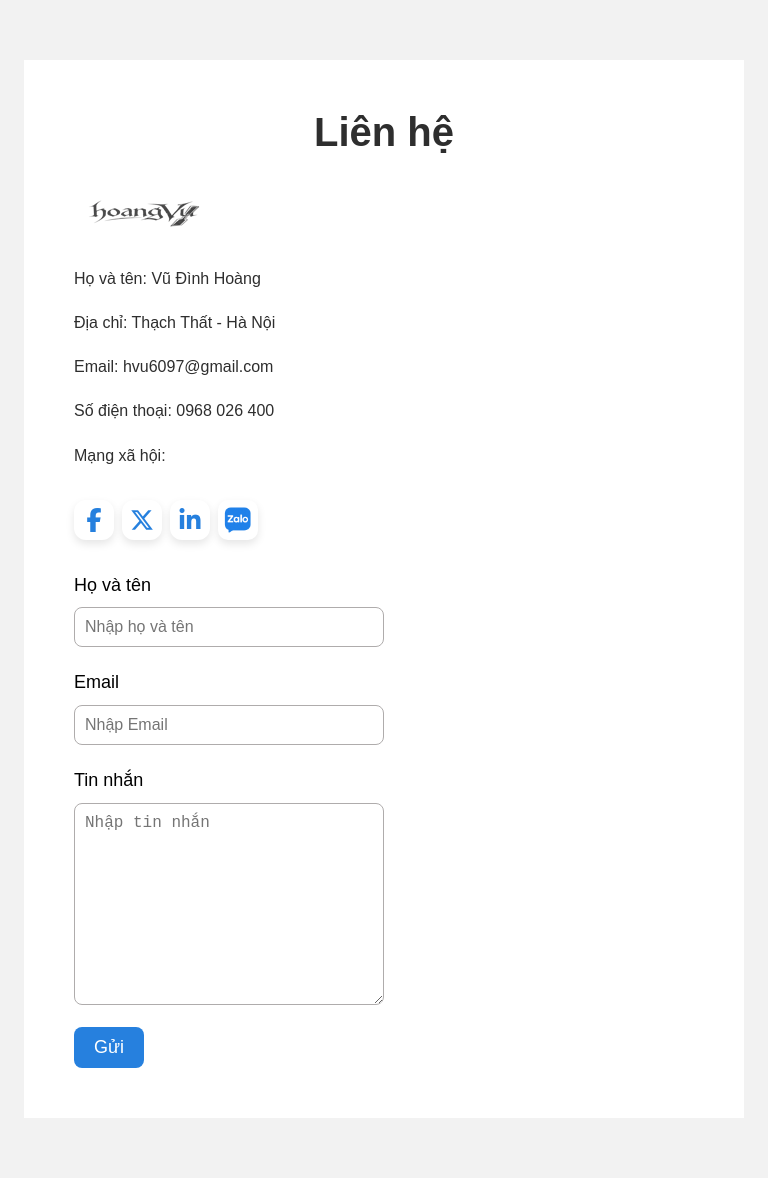
Repository: hoang28092000/portfolio
Page: pages/contact.html
The author's editor kept a copy of each file at every save. The page is drawn from the files as they stood at one save, then again after the next save.
The browser window is 768 px wide. The pictures show the whole page.

Above is the page before, as saved 2025-04-12 01:16:52.

After the next save:
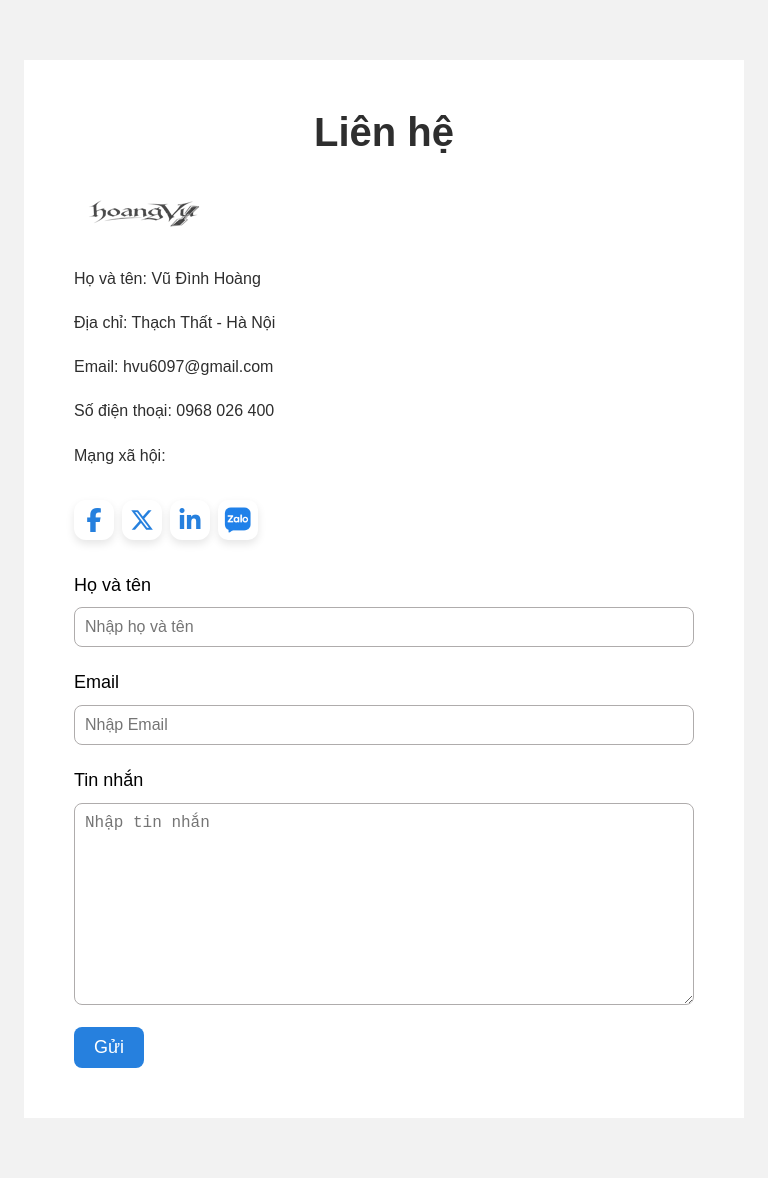
Saved 70 s later.
--- a/css/responsive-pages.css
+++ b/css/responsive-pages.css
@@ -123,6 +123,10 @@
     width: 100%;
     height: auto;
   }
+  .contact-right{
+    width: 100%;
+    height: auto;
+  }
   .txt-contact{
     font-size: 1.6rem;
     margin-bottom: 16px;
